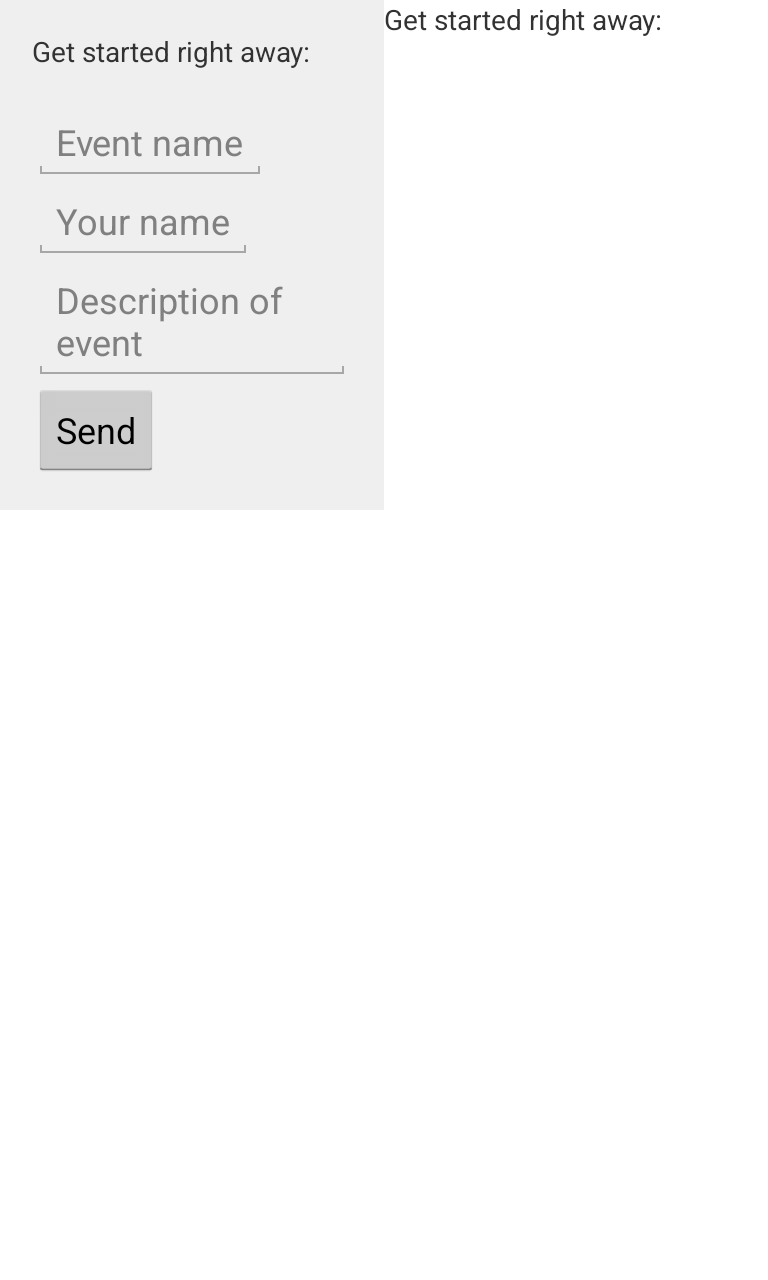
Repository: Raytray/WTFIIMC
Layout: Android/WTFIIMC/res/layout/activity_main.xml
These files come from the project's save history. The layout is drawn as it stood at one moment and after the next save; the edit follows.
It is drawn on a 768 x 1280 px phone screen (xhdpi) without system bars, with theme AppTheme; the app's code is not run.

Above is the layout before, as saved 2013-10-28 02:33:36.

### Android/WTFIIMC/res/layout/activity_main.xml
<TableLayout xmlns:android="http://schemas.android.com/apk/res/android"
			    xmlns:tools="http://schemas.android.com/tools"
    android:layout_width="fill_parent"
    android:layout_height="fill_parent"
    android:stretchColumns="1" >
    <TableRow>

        <FrameLayout
                android:layout_height="wrap_content"
                android:layout_width="0dp"
                android:layout_weight="1">
	    <ScrollView android:layout_width="fill_parent"
            	android:layout_height="fill_parent"
            	android:background="#efefef">
            <LinearLayout
			    android:layout_width="match_parent"
			    android:layout_height="match_parent"
			    android:paddingBottom="@dimen/activity_vertical_margin"
			    android:paddingLeft="@dimen/activity_horizontal_margin"
			    android:paddingRight="@dimen/activity_horizontal_margin"
			    android:paddingTop="@dimen/activity_vertical_margin"
			    android:orientation="vertical"
			    tools:context=".MainActivity" >

			    <TextView
			        android:layout_width="wrap_content"
			        android:layout_height="wrap_content"
			        android:text="@string/hello_world" />
				<EditText android:id="@+id/event_name"
			        android:layout_width="wrap_content"
			        android:layout_height="wrap_content"
			        android:hint="@string/prompt_event_name" />
				<EditText android:id="@+id/owner_name"
			        android:layout_width="wrap_content"
			        android:layout_height="wrap_content"
			        android:hint="@string/prompt_owner_name" />
				<EditText android:id="@+id/event_desc"
			        android:layout_width="wrap_content"
			        android:layout_height="wrap_content"
			        android:hint="@string/prompt_event_desc" />
				<LinearLayout
				    android:orientation="horizontal">
				<EditText android:id="@+id/start_date"
			        android:layout_width="wrap_content"
			        android:layout_height="wrap_content"
			        android:hint="@string/prompt_start_date" />
				<EditText android:id="@+id/end_date"
			        android:layout_width="wrap_content"
			        android:layout_height="wrap_content"
			        android:hint="@string/prompt_end_date" />
				</LinearLayout>
				<Button
			        android:layout_width="wrap_content"
			        android:layout_height="wrap_content"
			        android:text="@string/button_send" />
			</LinearLayout>
		</ScrollView>
		</FrameLayout>

		<FrameLayout
                android:layout_height="wrap_content"
                android:layout_width="0dp"
                android:layout_weight="1">
	    	<TextView
			        android:layout_width="wrap_content"
			        android:layout_height="wrap_content"
			        android:text="@string/hello_world" />
	    </FrameLayout>

    </TableRow>

</TableLayout>

### Android/WTFIIMC/res/values/strings.xml
<?xml version="1.0" encoding="utf-8"?>
<resources>

    <string name="app_name">WTFIIMC</string>
    <string name="action_settings">Settings</string>
    <string name="hello_world">Get started right away:\n</string>

    <string name="prompt_event_name">Event name</string>
    <string name="prompt_owner_name">Your name</string>
    <string name="prompt_start_date">Start date</string>
    <string name="date_to"> to </string>
    <string name="prompt_event_desc">Description of event</string>
    <string name="prompt_end_date">End date</string>
    <string name="button_send">Send</string>
    <string name="title_activity_main">MainActivity</string>
</resources>

Loaded but not shown: Android/WTFIIMC/res/values/styles.xml (common file); Android/WTFIIMC/res/values-v11/styles.xml (common file); Android/WTFIIMC/res/values-v14/styles.xml (common file); Android/WTFIIMC/res/values/dimens.xml (common file)

After the next save:
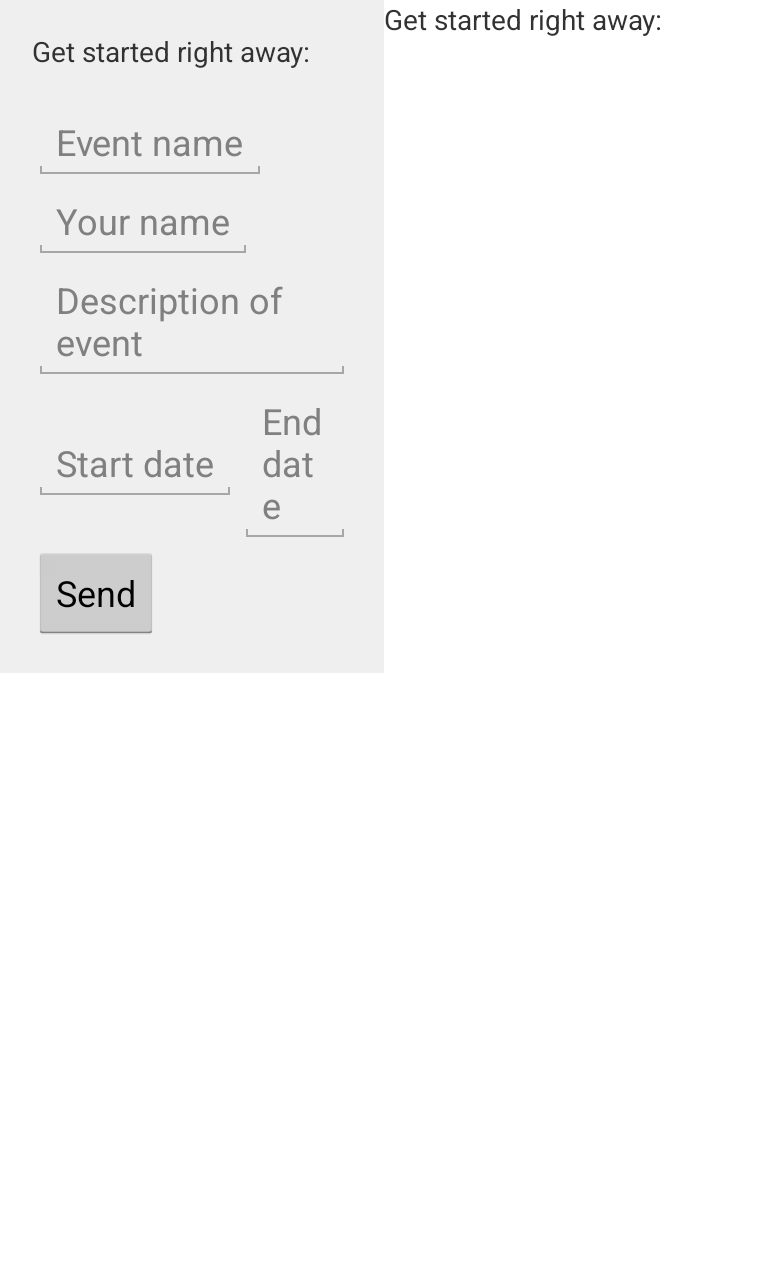
Saved 65 s later.
--- a/Android/WTFIIMC/res/layout/activity_main.xml
+++ b/Android/WTFIIMC/res/layout/activity_main.xml
@@ -39,6 +39,8 @@
 			        android:layout_height="wrap_content"
 			        android:hint="@string/prompt_event_desc" />
 				<LinearLayout
+				    android:layout_width="match_parent"
+				    android:layout_height="match_parent"
 				    android:orientation="horizontal">
 				<EditText android:id="@+id/start_date"
 			        android:layout_width="wrap_content"
